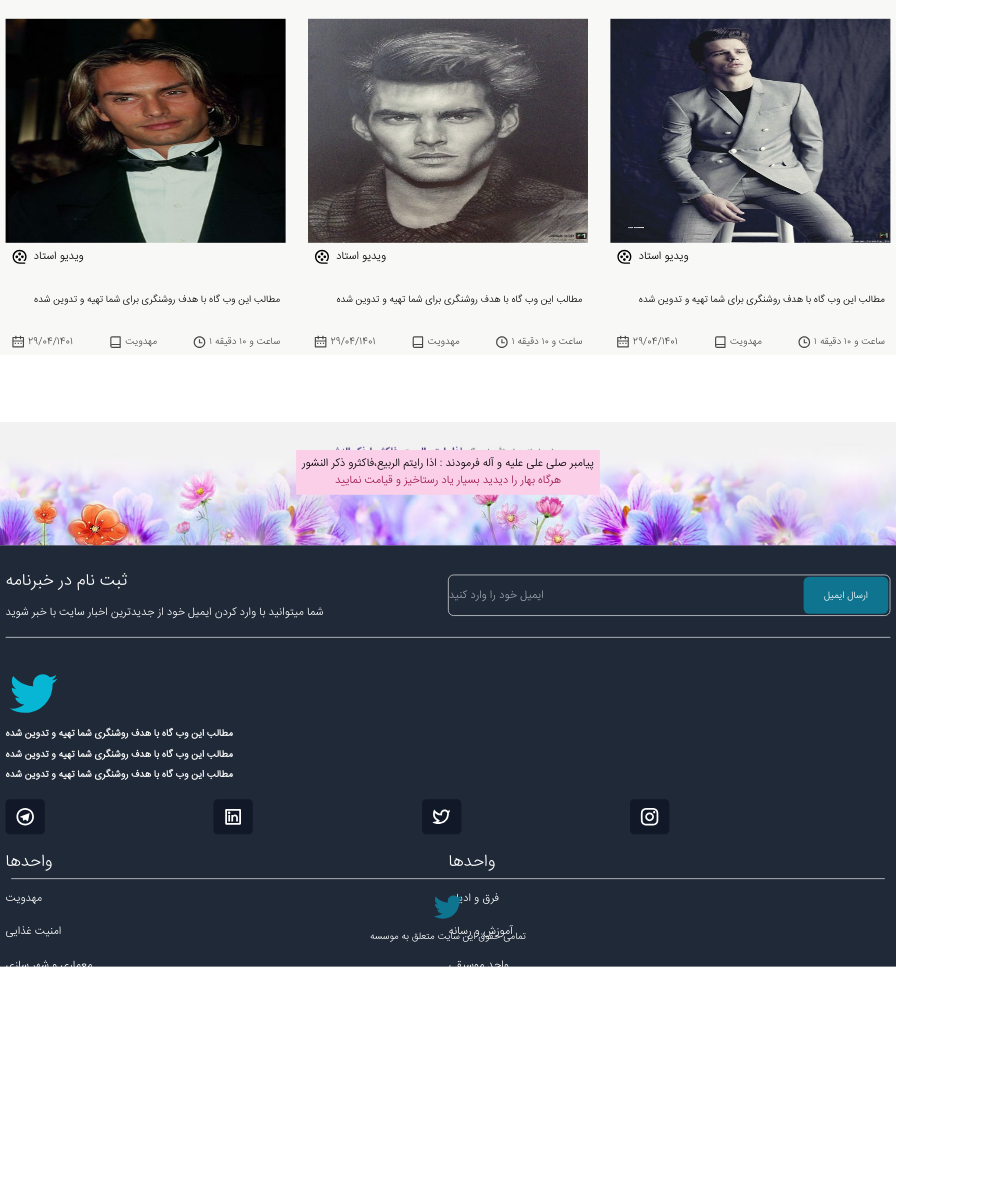
Repository: homan-tehrani/uiUserNative
Page: /
These files come from the project's save history. The page is drawn as it stood at one moment and after the next save; the edit follows.
The browser window is 1280 px wide. The page is 1432 px wide, so the pictures cover 1432 px, including what lies to the right of the window. The pictures show the part of the page from y = 3367 to 5087 px (the page is 5087 px tall before and 5070 px after), at 70% of full size.
The project was rebuilt for these pictures with package versions that can differ from the ones it lists, and the page was loaded fresh each time. The framework's server and built-in components were replaced by stand-ins that run in the browser. Also part of the build but not shown: next.config.js, src/components/MenuForUnits.js, src/components/AccordionForUnits.js, src/components/MenuResponsive.js.

Above is the page before, as saved 2023-04-25 01:22:15.

After the next save:
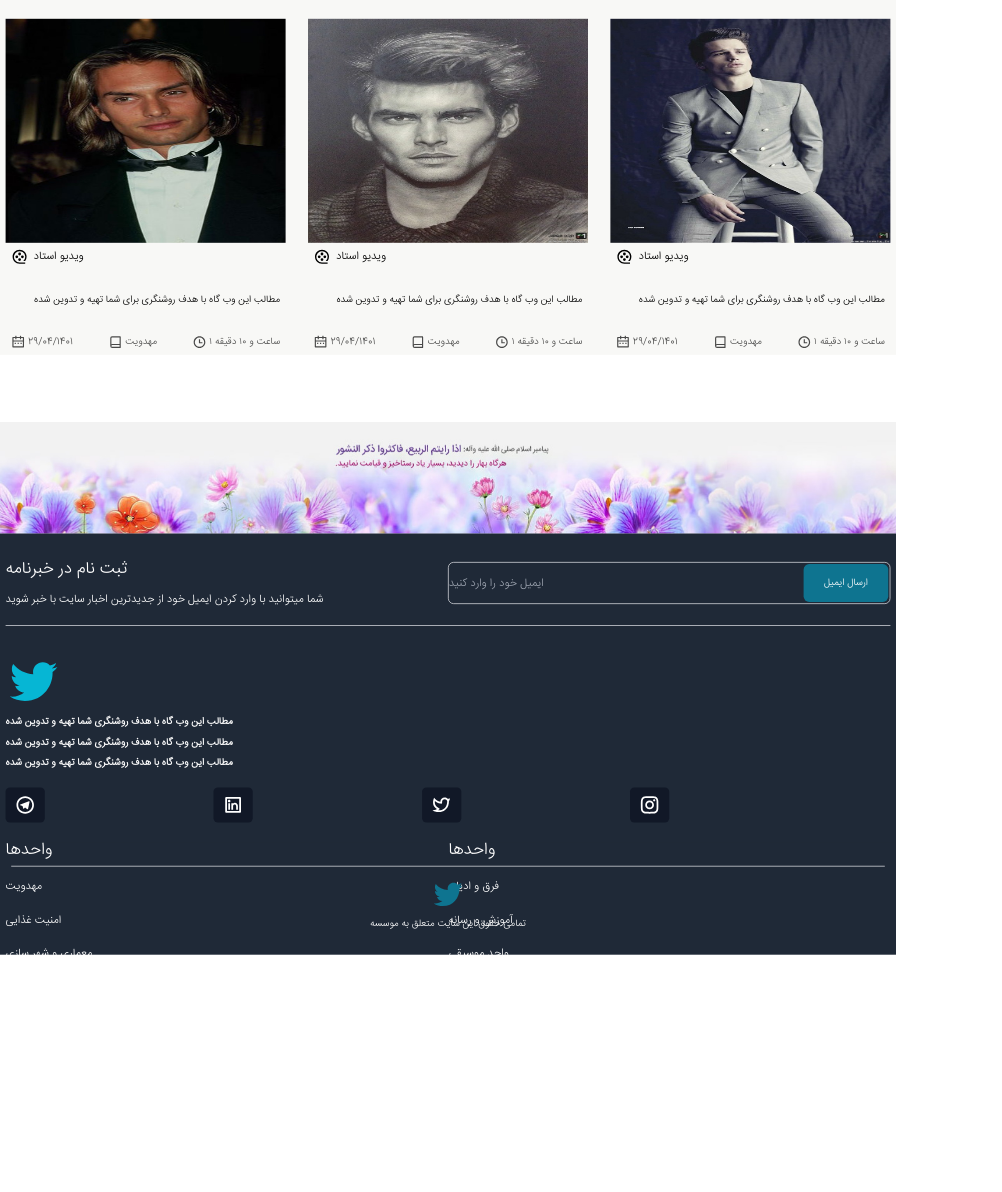
Saved 6 min 34 s later.
--- a/src/components/Speech.js
+++ b/src/components/Speech.js
@@ -14,7 +14,7 @@ export default function Speech({ datas }) {
   return (
     <div className="w-full flex justify-center items-center relative">
       <div className="flex flex-col w-full h-max">
-        <div className="flex flex-col w-full xs:h-32 h-44">
+        <div className="flex flex-col w-full ">
           <img
             src={imageSpeech[0].src}
             alt={imageSpeech[0].alt}
@@ -22,7 +22,6 @@ export default function Speech({ datas }) {
           />
         </div>
       </div>
-      <p className="xs:text-xsm xs:-translate-y-6 text-center absolute top-10 bg-pink-200 p-2">پیامبر صلی علی علیه و آله فرمودند : اذا رایتم الربیع،فاکثرو ذکر النشور <br /> <span className="text-pink-800 gont-bold">هرگاه بهار را دیدید بسیار یاد رستاخیز و قیامت نمایید</span> </p>
     </div>
   );
 }
